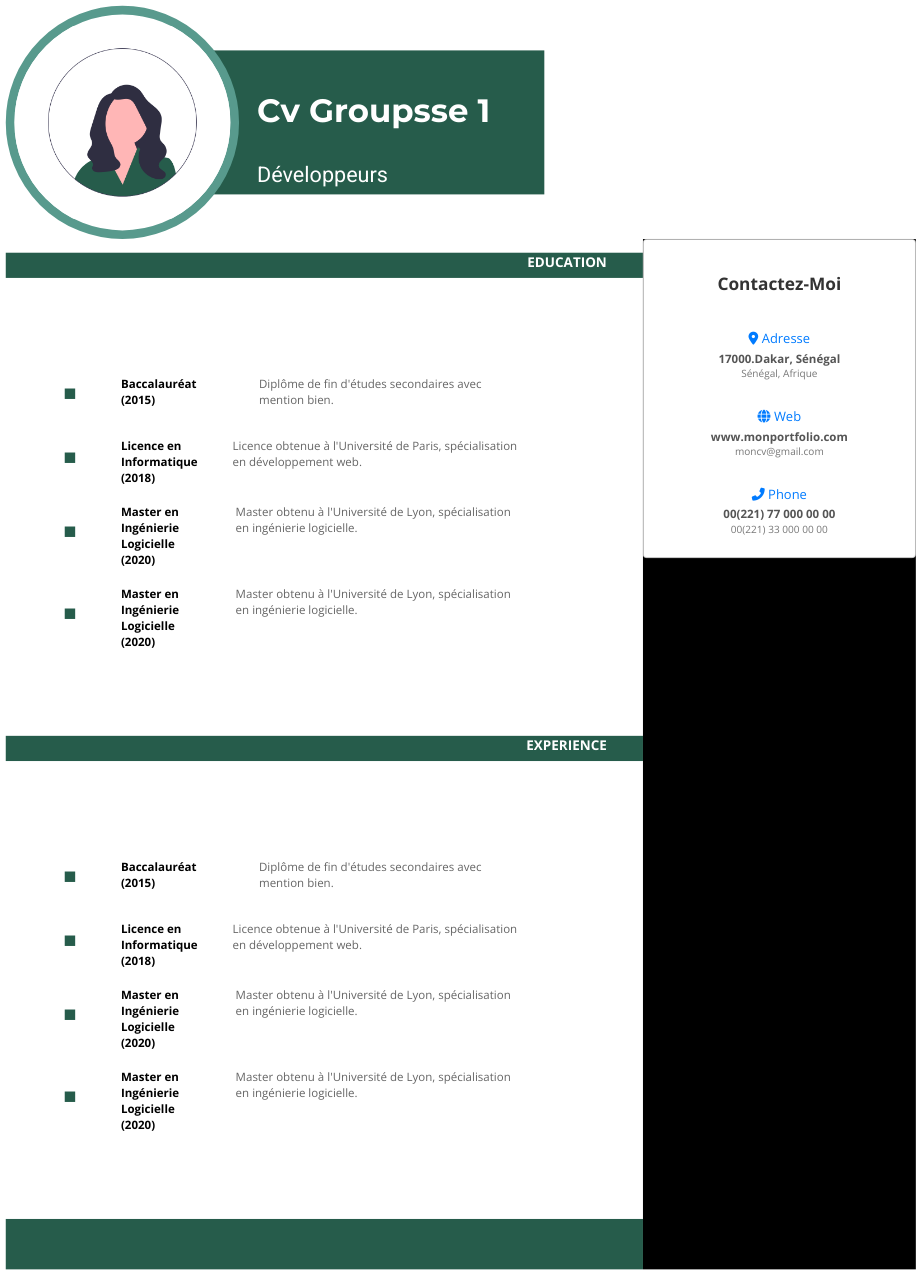
Repository: NdiongueFH/Mon_CV
Page: CV_Groupe1.html
These files come from the project's save history. The page is drawn as it stood at one moment and after the next save; the edit follows.
The browser window is 1280 px wide. The pictures show the whole page, at 72% of full size.

Above is the page before, as saved 2024-08-04 18:06:36.

After the next save:
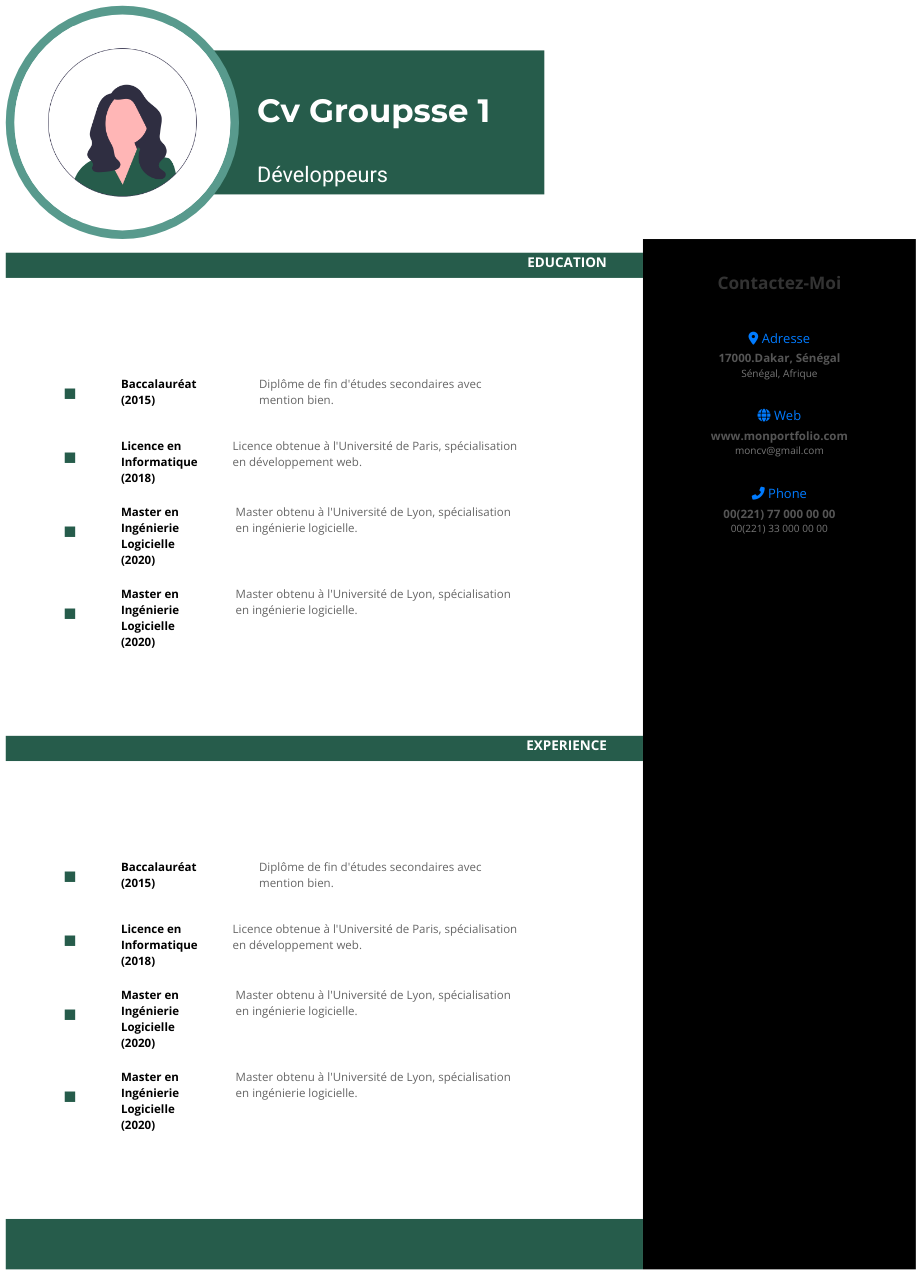
Saved 48 s later.
--- a/CV_Groupe1.css
+++ b/CV_Groupe1.css
@@ -189,9 +189,6 @@ body {
     max-width: 600px;
     margin: 0 auto;
     padding: 20px;
-    border: 1px solid #ccc;
-    border-radius: 5px;
-    background-color: #fff;
     text-align: center; /* Center all text */
 }
 
